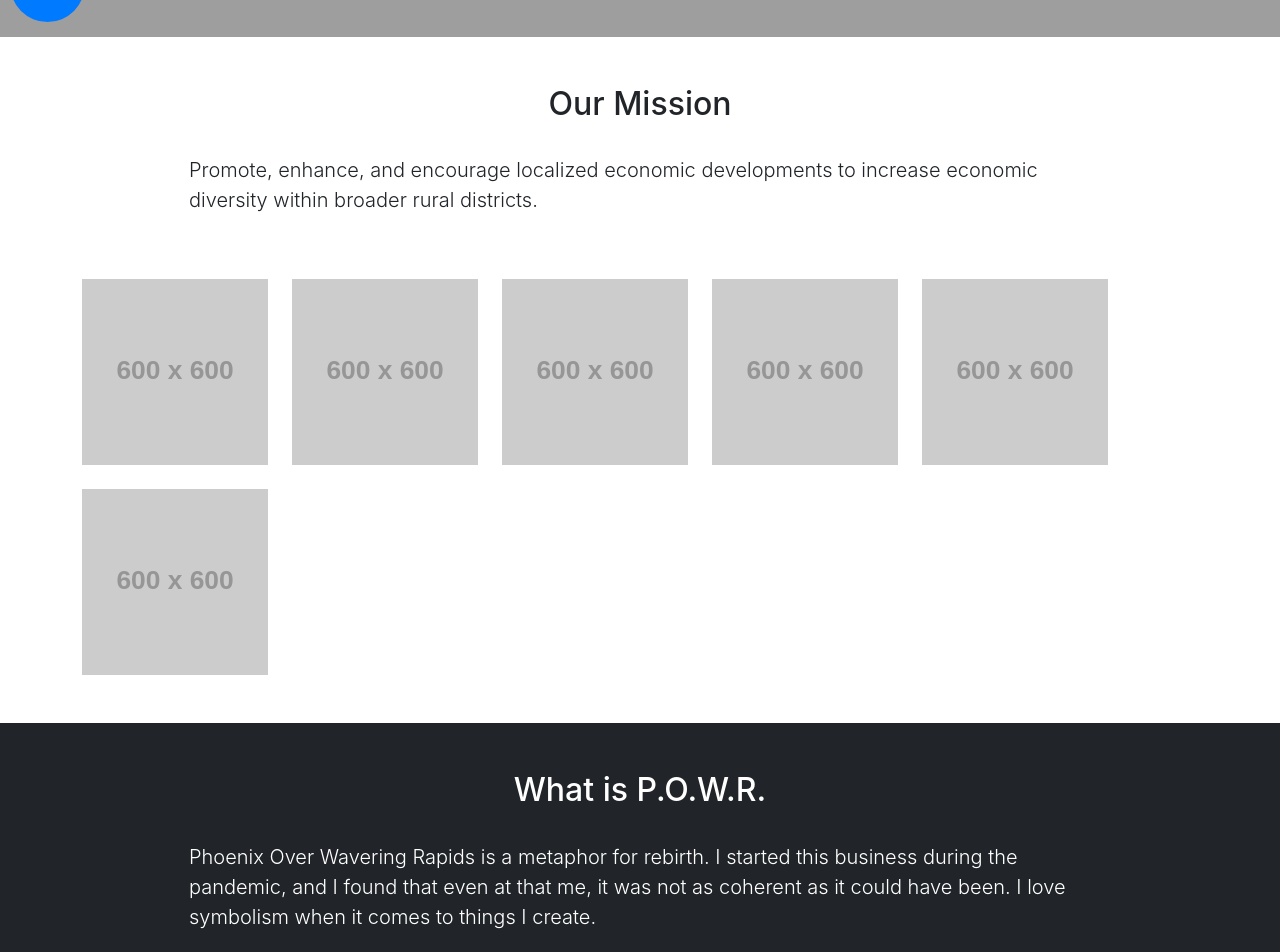
Repository: DragonFruit8/basic-website
Page: /
These files come from the project's save history. The page is drawn as it stood at one moment and after a run of saves; the edit follows.
The browser window is 1280 px wide. The pictures show the part of the page from y = 683 to 1635 px (the page is 2913 px tall).
Pictures or frames that could not be fetched are drawn as grey boxes. The project was rebuilt for these pictures with package versions that can differ from the ones it lists, and the page was loaded fresh each time. Also part of the build but not shown: src/Img/ProductImage.js, src/pages/ShopPage.js.

Above is the page before, as saved 2024-06-23 09:38:23.

### public/index.html
<!DOCTYPE html>
<html lang="en">
  <head>
    <meta charset="utf-8" />
    <link rel="icon" href="%PUBLIC_URL%/favicon.ico" />
    <meta name="viewport" content="width=device-width, initial-scale=1" />
    <meta name="theme-color" content="#000000" />
    <meta
      name="description"
      content="Web site created using create-react-app"
    />
    <link rel="apple-touch-icon" href="%PUBLIC_URL%/logo192.png" />
    <!--
      manifest.json provides metadata used when your web app is installed on a
      user's mobile device or desktop. See https://developers.google.com/web/fundamentals/web-app-manifest/
    -->
    <link rel="manifest" href="%PUBLIC_URL%/manifest.json" />
    <link href="https://cdn.jsdelivr.net/npm/bootstrap@5.3.3/dist/css/bootstrap.min.css" rel="stylesheet" integrity="sha384-QWTKZyjpPEjISv5WaRU9OFeRpok6YctnYmDr5pNlyT2bRjXh0JMhjY6hW+ALEwIH" crossorigin="anonymous">
    <!--
      Notice the use of %PUBLIC_URL% in the tags above.
      It will be replaced with the URL of the `public` folder during the build.
      Only files inside the `public` folder can be referenced from the HTML.

      Unlike "/favicon.ico" or "favicon.ico", "%PUBLIC_URL%/favicon.ico" will
      work correctly both with client-side routing and a non-root public URL.
      Learn how to configure a non-root public URL by running `npm run build`.
    -->
    <title>React App</title>
  </head>
  <body>
    <noscript>You need to enable JavaScript to run this app.</noscript>
    <div id="root"></div>
    <!--
      This HTML file is a template.
      If you open it directly in the browser, you will see an empty page.

      You can add webfonts, meta tags, or analytics to this file.
      The build step will place the bundled scripts into the <body> tag.

      To begin the development, run `npm start` or `yarn start`.
      To create a production bundle, use `npm run build` or `yarn build`.
    -->
    <script src="https://cdn.jsdelivr.net/npm/@popperjs/core@2.11.8/dist/umd/popper.min.js" integrity="sha384-I7E8VVD/ismYTF4hNIPjVp/Zjvgyol6VFvRkX/vR+Vc4jQkC+hVqc2pM8ODewa9r" crossorigin="anonymous"></script>
<script src="https://cdn.jsdelivr.net/npm/bootstrap@5.3.3/dist/js/bootstrap.min.js" integrity="sha384-0pUGZvbkm6XF6gxjEnlmuGrJXVbNuzT9qBBavbLwCsOGabYfZo0T0to5eqruptLy" crossorigin="anonymous"></script>
  </body>
</html>

### src/App.js
import React from 'react';
import { BrowserRouter as Router, Routes, Route } from 'react-router-dom';
import './App.css';
import Navbar from './components/Navbar';
import Sidebar from './components/Sidebar';
import HomePage from './pages/HomePage';
import ShopPage from './pages/ShopPage';

function App() {

  return (
    <>
      <Router>
        <Navbar />
        <Sidebar />
        <Routes>
          <Route path="/" element={<HomePage />} />
          <Route path="/shop" element={<ShopPage />} />
        </Routes>
   </Router>
    </>
  );
}

export default App;

### src/App.css
.App {
  text-align: center;
  z-index: -10;
}

.App-logo {
  height: 40vmin;
  pointer-events: none;
  z-index: 0;
}

@media (prefers-reduced-motion: no-preference) {
  .App-logo {
    animation: App-logo-spin infinite 20s linear;
  }
}

.App-header {
  background-color: #282c34;
  min-height: 100vh;
  display: flex;
  flex-direction: column;
  align-items: center;
  justify-content: center;
  font-size: calc(10px + 2vmin);
  color: white;
}

.App-link {
  color: #61dafb;
}
#sidebar {
  display: flex;
  flex-direction: column;
  background-color: transparent !important;
  height: 100%;
  width: 100px;
  position: fixed;
  top: 55px;
  left: 0;
  z-index: 1;
  overflow-x: hidden;
  padding-top: 20px;
  z-index: 10;
  /* rounded corners*/
  border-radius: 100px;

}

#offcanvasNavbar{
  position: fixed;
  margin-top: 55px;
}

#sidebarButton {
  position: absolute;
  bottom: 100px;
  left: 0px;
  width: 75px;
  height: 75px;
  border: none;
  color: white;
  padding: 10px 10px;
  text-align: center;
  text-decoration: none;
  display: inline-block;
  font-size: 16px;
  margin: auto auto -30px 10px;
  cursor: pointer;
  z-index: 100;
  border-radius: 100%;
  background-color: #007bff;
}

#closeButton, .btn-close {
  color: white !important;
  margin-left: 15px;
}
#aboutSec {
  height: 75vh;
}
.offcanvas-body {
 padding: 0 100px 0 100px;
}
#luna {
  position: relative;
  background-size: cover;
  background-repeat: no-repeat;
  background-position: center;
  height: auto;
  width: 250px;
  margin: 0 auto;
}

/* HomePage Hero */
.hero {
  height: 100vh;
  width: 100%;
  display: flex;
  align-items: center;
  color: white !important;
  text-align: center;
  font-size: 2rem;
  font-weight: 700;
  background: url('https://unsplash.com/photos/photo-of-outer-space-Q1p7bh3SHj8');
  background-size: cover;
  background-repeat: no-repeat;
  background-position: center;
  background-color: rgba(0, 0, 0, 0.8);

}
.hero-content
.dropdown-item {
  width: 100%;
  margin: 0 auto;
  color: white;
  background-color: #007bff;
}
.dropdown-item:hover {
  background-color: #0056b3;
  color: white;
}


a.nav-link, a.nav-item {
  color: white !important;
}
a.nav-link, a.nav-item {
 padding: 20px 0 20px 0;
}

a.nav-link:hover, a.nav-item:hover {
  color: #ffd000 !important;
}
a.active {
  color: #007bff !important;
}

/* Shop */
.shop {
  height: auto;
  width: 100%;
  display: flex;
  align-items: center;
  color: white !important;
  flex-direction: col !important;
  text-align: center;
  font-size: 2rem;
  font-weight: 700;
  background: url('https://unsplash.com/photos/photo-of-outer-space-Q1p7bh3SHj8');
  background-size: cover;
  background-repeat: no-repeat;
  background-position: center;
  background-color: rgba(0, 0, 0, 0.8);
  flex-wrap: wrap;
  padding-top: 150px;
  padding: 150px 0 150px 0;

}
#shopItem {
  min-width: 400px;
  margin: 0 auto;
  color: white;
  list-style-type: none;
  padding: 0;
}

@keyframes App-logo-spin {
  from {
    transform: rotate(0deg);
  }
  to {
    transform: rotate(360deg);
  }
}

### src/components/Navbar.js
import React from 'react';
import data from '../../src/data';
// import axio from '../Instance';
// import Button from 'react-bootstrap/Button';
// import Modal from 'react-bootstrap/Modal';


const Navbar = () => {

    // const [email, setEmail] = useState('');
    // const [comment, setComment] = useState('');
    // const [show, setShow] = useState(false);

    // const handleClose = () => setShow(false);
    // const handleShow = () => setShow(true);

    // const clearForm = () => {
    //     setEmail('');
    //     setComment('');
    // };



    // const handleSubmit = (event) => {
    //     event.preventDefault();

    //     axio.post('/comments', {
    //         email,
    //         comment
    //     })
    //         .then(() => {
    //             console.log('Review submitted');
    //         })
    //         .catch((error) => {
    //             console.log(error);
    //         });
    //     clearForm();
    // };

    const path = window.location.pathname;
    return (
        <>
            {/* navbar navbar-expand-lg bg-body-tertiary navbar-dark bg-dark */}
            <nav className="navbar navbar-dark navbar-expand-lg bg-dark fixed-top">
                <div className="container-fluid ps-5">
                    <a className="navbar-brand" href="/">LOGO</a>
                    <button className="navbar-toggler" type="button" data-bs-toggle="collapse" data-bs-target="#navbarNav" aria-controls="navbarNav" aria-expanded="false" aria-label="Toggle navigation">
                        <span className="navbar-toggler-icon"></span>
                    </button>
                    <div className="collapse navbar-collapse" id="navbarNav">
                        <ul className="navbar-nav my-2 ms-auto me-0">
                            <li className="nav-item">
                                <a className={`nav-link ${path === `/${data.link1.b}` ? 'active' : ''}`} aria-current="page" href={`/${data.link1.b}`}>{data.link1.a}</a>
                            </li>
                            <li className="nav-item">
                                <a className={`nav-link ${path === `/${data.link2.b}` ? 'active' : ''}`} aria-current="page" href={`/${data.link2.b}`}>{data.link2.a}</a>
                            </li>
                            <li className="nav-item">
                                <a className={`nav-link ${path === `/${data.link3.b}` ? 'active' : ''}`} aria-current="page" href={`/${data.link3.b}`}>{data.link3.a}</a>
                            </li>
                        </ul>
                        {/* <span id='reviewModal' className="d-flex">
                                <Button variant="primary" onClick={handleShow}>Write a Review</Button>
                            </span> */}
                    </div>
                </div>
            </nav>
            {/* <Modal show={show} onHide={handleClose}>
                <Modal.Header closeButton>
                    <Modal.Title>Modal heading</Modal.Title>
                </Modal.Header>
                <Modal.Body>
                    <div
                        className="modal show"
                        style={{ display: 'block', position: 'initial' }}
                    >
                        <form // onSubmit={handleSubmit}
                        >
                            <div className="form-group">
                                <label htmlFor="email"
                                    className='form-label fs-5'
                                >Email</label>
                                <input
                                    type="email"
                                    id="email"
                                    value={email}
                                    onChange={(event) => setEmail(event.target.value)}
                                    required
                                    className='form-control'
                                />
                            </div>
                            <div className="form-group">
                                <label htmlFor="comment"
                                    className='form-label fs-5'
                                >Comment</label>
                                <textarea
                                    id="comment"
                                    value={comment}
                                    onChange={(event) => setComment(event.target.value)}
                                    required
                                    className='form-control'
                                />
                            </div>
                            <Button type="submit">Submit</Button>
                        </form>
                    </div>
                </Modal.Body>
                <Modal.Footer>
                    <Button variant="secondary" onClick={handleClose}>
                        Close
                    </Button>
                </Modal.Footer>
            </Modal> */}
        </>
    );
}

export default Navbar;

### src/components/Sidebar.js
import React from 'react'

export const canvasButton = () => {
    return (
        <button id='sidebarButton' className="btn btn-primary" type="button" data-bs-toggle="offcanvas" data-bs-target="#offcanvasNavbar" aria-controls="offcanvasNavbar">
        MENU
        </button>
    )
    }
export default function Sidebar() {

    return (
        <div>
            <sidebar id="sidebar" className="navbar bg-body-tertiary fixed-top">
                <div className="container-fluid">
                    <div className="offcanvas offcanvas-start bg-dark" tabindex="-1" id="offcanvasNavbar" aria-labelledby="offcanvasNavbarLabel">

                        <div className="offcanvas-body">
                            <ul className="navbar-nav justify-content-end flex-grow-1 pe-3 mt-5">

                                        <li><a className="nav-link" href="/shop">Shop</a></li>
                                        <li><a className="nav-link" href="/">Review</a></li>
                                        <li>
                                            <hr className="dropdown-divider" />
                                        </li>
                                        <li><a className="nav-link" href="/">Vote</a></li>
                            </ul>
                            {/* <form className="d-flex mt-3" role="search">
                                <input className="form-control me-2" type="search" placeholder="Search" aria-label="Search" />
                                <button className="btn btn-outline-success" type="submit">Search</button>
                            </form> */}
                        </div>
                    <div className="offcanvas-footer d-flex justify-content-start mb-5 ms-3">
                        {/* <h5 className="offcanvas-title" id="offcanvasNavbarLabel"></h5> */}
                        <button id='close' type="button" className="btn-close" data-bs-dismiss="offcanvas" aria-label="Close"></button>
                    </div>
                    </div>
                </div>
                {
                    canvasButton()
                }
            </sidebar>


        </div>
    )
}

### src/pages/HomePage.js
import React from 'react';
import MissionSec from '../sections/MissionSec';
import AboutSec from '../sections/AboutSec';
import ServiceSec from '../sections/ServiceSec';
import SupportSec from '../sections/SupportSec';
import HeroSec from '../sections/HeroSec';

const HomePage = () => {
    return (
        <>
            <HeroSec />
            <MissionSec />
            <AboutSec />
            <ServiceSec />
            <SupportSec />
        </>
    );
};

export default HomePage;

### src/data.js
const data = {
    thcProductsLink: { a: 'THC Products', b: 'thc-products' },
    ballroomDanceLessonsLink: { a: 'Ballroom Dance Lessons', b: 'ballroom-dance-lessons' },
    reviewsLink: { a: 'Reviews', b: 'reviews' },
    link1: { a: 'Shop', b: 'shop' },
    link2: { a: 'Review', b: 'review' },
    link3: { a: 'Vote', b: 'vote' }
};

export default data;

### src/sections/MissionSec.js
import React from 'react'

function MissionSec() {
  return (
      <section>
          <div className="container py-5">
          <div className="row justify-content-center gap-5">
            <div className="col-lg-10 d-flex row gap-4">
              <h2 className="text-center">Our Mission</h2>
                      <p className="lead">Promote, enhance, and encourage localized economic developments to increase economic
                          diversity within broader rural districts.</p>
            </div>

          <div className="d-flex flex-wrap gap-4">
            {/* Data Items .map + flex-wrap min-width */}
                  <div className="col-2">
                  <img src="https://via.placeholder.com/600" alt="placeholder" className="img-fluid" />
                  </div>
                  <div className="col-2">
                  <img src="https://via.placeholder.com/600" alt="placeholder" className="img-fluid" />
                  </div>
                  <div className="col-2">
                  <img src="https://via.placeholder.com/600" alt="placeholder" className="img-fluid" />
                  </div>
                  <div className="col-2">
                  <img src="https://via.placeholder.com/600" alt="placeholder" className="img-fluid" />
                  </div>
                  <div className="col-2">
                  <img src="https://via.placeholder.com/600" alt="placeholder" className="img-fluid" />
                  </div>
                  <div className="col-2">
                  <img src="https://via.placeholder.com/600" alt="placeholder" className="img-fluid" />
                  </div>
                              </div>
              </div>
        </div>
      </section>
  )
}

export default MissionSec

### src/sections/AboutSec.js
import React from 'react'

function AboutSec() {
  return (
      <section id="aboutSec" className='bg-dark text-white'>
          <div className="container py-5">
          <div className="row justify-content-center gap-5">
          <div className="col-lg-10 d-flex row gap-4">
              <h2 className="text-center">What is P.O.W.R.</h2>
            <p className="lead">Phoenix Over Wavering Rapids is a metaphor for rebirth. I started this business during the pandemic, and I
              found that even at that me, it was not as coherent as it could have been. I love symbolism when it comes to
              things I create.</p>
            <br />
            <p className="lead">Top-Level Cause: Balance incongruent community systems, while enhancing natural growth potential. </p>
          </div>
        </div>
      </div>
      </section>
  )
}

export default AboutSec

### src/sections/ServiceSec.js
import React from 'react'

function ServiceSec() {
  return (
    <section>
      <div className="container py-5">
        <div className="row justify-content-center gap-5">
          <div className="col-lg-10 d-flex row gap-4">
            <h2 className="text-center">Our Mission</h2>
          </div>

          <div class="container px-5">
            <div className="row justify-content-center flex-wrap">
            {/* Data Items .map + flex-wrap min-width */}
              <div className="col">
                <div class="card">
                  <div class="card-body">
                  <h2 className="card-title d-flex justify-content-center">Website Development</h2>
                    <img src="https://via.placeholder.com/600" alt="placeholder" className="img-fluid" />
                    <div class="card-footer d-flex p-0 mt-4">
                    <button className="btn btn-primary flex-fill">Button</button>
                    </div>
                  </div>
                </div>
              </div>
              <div className="col">
                <div class="card">
                  <div class="card-body">
                  <h2 className="card-title d-flex justify-content-center">Notary Public</h2>
                    <img src="https://via.placeholder.com/600" alt="placeholder" className="img-fluid" />
                    <div class="card-footer d-flex p-0 mt-4">
                    <button className="btn btn-primary flex-fill">Button</button>
                    </div>
                  </div>
                </div>
              </div>
              <div className="col">
                <div class="card">
                  <div class="card-body">
                  <h2 className="card-title d-flex justify-content-center">DJ Events</h2>
                    <img src="https://via.placeholder.com/600" alt="placeholder" className="img-fluid" />
                    <div class="card-footer d-flex p-0 mt-4">
                    <button className="btn btn-primary flex-fill">Button</button>
                    </div>
                  </div>
                </div>
              </div>
            </div>
                    </div>
          </div>
      </div>
    </section>
  )
}

export default ServiceSec

### src/sections/SupportSec.js
import React from 'react'
// import Badge from 'react-bootstrap/Badge';
import LunaLogo from '../Img/LunaLogo';

const SupportSec = () => {


    return (
      <section id="supportSec" className='bg-dark text-white'>
        <div className="container py-5">
          <div className="row justify-content-center gap-5">
            <div className="col-lg-12 d-flex row gap-5">
              <h2 className="text-center">Support</h2>
              <div className='row gap-5 flex-wrap my-2'>
                <div className='col py-2'>
                  <LunaLogo />
                </div>
                <div className='col py-2'>
                 <LunaLogo />
                </div>
                <div className='col py-2'>
                  <LunaLogo />
                </div>
                <div className='col py-2'>
                  <LunaLogo />
                </div>
                <div className='col py-2'>
                  <LunaLogo />
                </div>
                <div className='col py-2'>
                  <LunaLogo />
                </div>
              </div>
            </div>
          </div>
        </div>
      </section>

)
}

export default SupportSec

### src/sections/HeroSec.js
import React from 'react';

const HeroSec = () => {
    return (
        <section className="hero">
            <div className="container">
                <div className="row justify-content-center">
                    <div className="col-lg-6">
                        <div className="hero-content">
                            <h1>Welcome to My Website</h1>
                            <p>Discover the amazing POWR of our products.</p>
                            <button className="btn btn-primary">Get Started</button>
                        </div>
                    </div>
                </div>
            </div>
        </section>
    );
};

export default HeroSec;

### src/Img/LunaLogo.js
import React from 'react'
import '../../src/Img/Luna_logo.png'
const LunaLogo = () => {
    const logo = require('../../src/Img/Luna_logo.png')
  return (
      <div>
          <img id='luna' src={logo} alt="placeholder" className="img-fluid" />
      </div>
  )
}

export default LunaLogo

Loaded but not shown: src/index.js (common file); src/index.css (common file); src/reportWebVitals.js (common file)

After the next 2 saves:
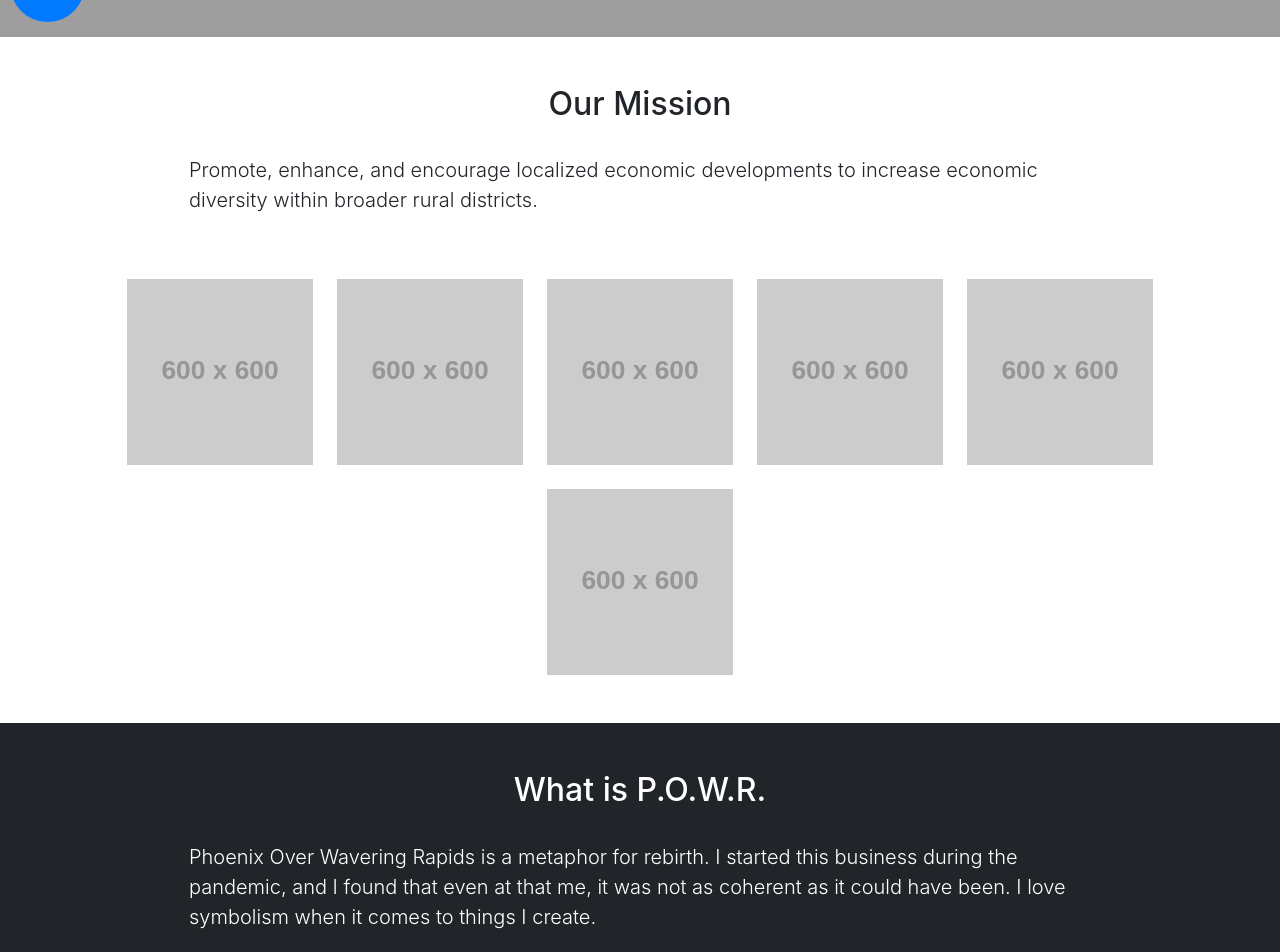
The 2 saves are shown as one change because they came seconds apart.
The last was saved 11 s later.
--- a/src/sections/MissionSec.js
+++ b/src/sections/MissionSec.js
@@ -11,7 +11,7 @@
                           diversity within broader rural districts.</p>
             </div>
 
-          <div className="d-flex flex-wrap gap-4">
+          <div className="d-flex flex-wrap gap-4 justify-content-center">
             {/* Data Items .map + flex-wrap min-width */}
                   <div className="col-2">
                   <img src="https://via.placeholder.com/600" alt="placeholder" className="img-fluid" />
